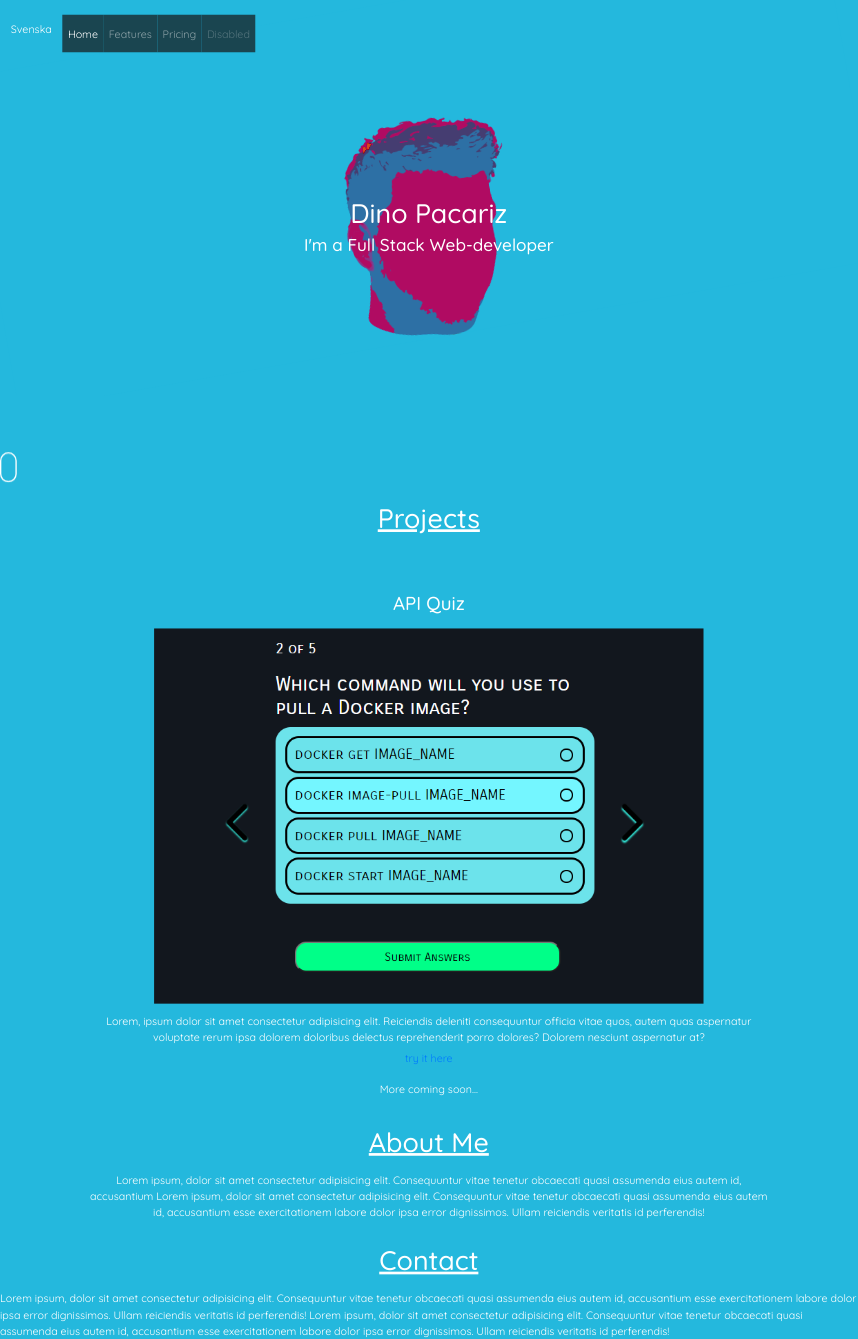
Repository: ImDino/Portfolio
Page: index.html
The author's editor kept a copy of each file at every save. The page is drawn from the files as they stood at one save, then again after the next save.
The browser window is 1280 px wide. The pictures show the whole page, at 67% of full size.
Some web libraries are served in a nearby version. The style sheet was rebuilt from its Sass, Less or Tailwind sources for each picture, by a compiler version that may differ from the author's.

Above is the page before, as saved 2020-11-06 14:39:40.
Console error: TypeError: Cannot read properties of null (reading 'addLabel')

After the next save:
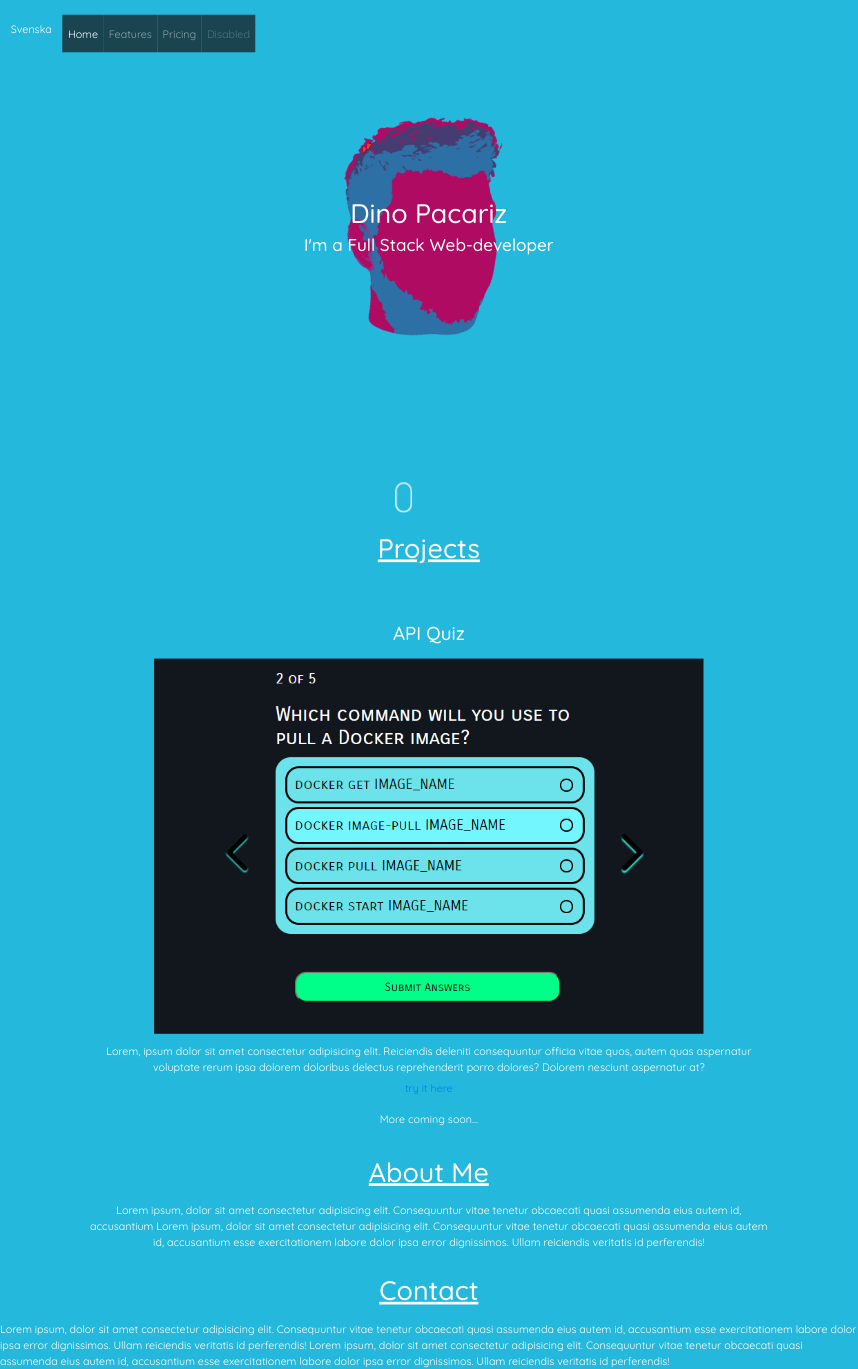
Saved 8 s later.
--- a/scss/main.scss
+++ b/scss/main.scss
@@ -237,8 +237,8 @@ body {
 .mouse{
 //   margin: 50px auto;
   width: 100px;
-  position: absolute;
-  bottom: 0;
+//   position: absolute;
+//   bottom: 0;
   display: flex;
   justify-self: center;
 
